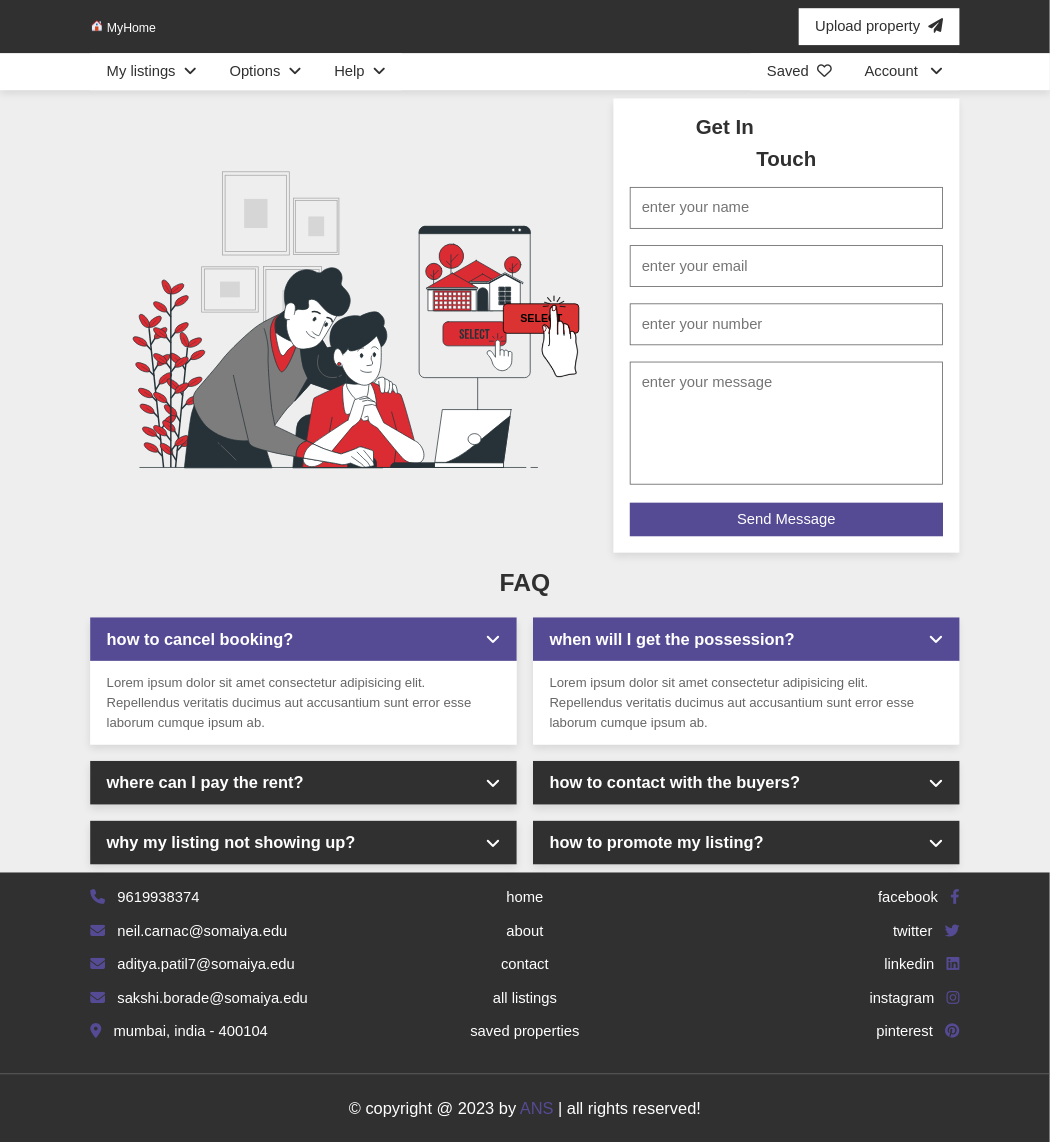
Repository: neilcarnac/wpl-project-realestatewebsite
Page: http://localhost/project/contact.php
The author's editor kept a copy of each file at every save. The page is drawn from the files as they stood at one save, then again after a run of saves.
The browser window is 1280 px wide. The pictures show the whole page, at 82% of full size.
The page is run by PHP 8.4 with error messages shown; the project is at /var/www/html/.

Above is the page before, as saved 2023-05-01 17:18:39.

### project/contact.php
<?php

include 'components/connect.php';

if(isset($_COOKIE['user_id'])){
   $user_id = $_COOKIE['user_id'];
}else{
   $user_id = '';
}

if(isset($_POST['send'])){

   $msg_id = create_unique_id();
   $name = $_POST['name'];
   $name = filter_var($name, FILTER_SANITIZE_STRING);
   $email = $_POST['email'];
   $email = filter_var($email, FILTER_SANITIZE_STRING);
   $number = $_POST['number'];
   $number = filter_var($number, FILTER_SANITIZE_STRING);
   $message = $_POST['message'];
   $message = filter_var($message, FILTER_SANITIZE_STRING);

   $verify_contact = $conn->prepare("SELECT * FROM `messages` WHERE name = ? AND email = ? AND number = ? AND message = ?");
   $verify_contact->execute([$name, $email, $number, $message]);

   if($verify_contact->rowCount() > 0){
      $warning_msg[] = 'message sent already!';
   }else{
      $send_message = $conn->prepare("INSERT INTO `messages`(id, name, email, number, message) VALUES(?,?,?,?,?)");
      $send_message->execute([$msg_id, $name, $email, $number, $message]);
      $success_msg[] = 'message send successfully!';
   }

}

?>

<!DOCTYPE html>
<html lang="en">
<head>
   <meta charset="UTF-8">
   <meta http-equiv="X-UA-Compatible" content="IE=edge">
   <meta name="viewport" content="width=device-width, initial-scale=1.0">
   <title>Contact Us</title>
   <link type="image/png" sizes="16x16" rel="icon" href="images/hoe.png">

   <!-- font awesome cdn link  -->
   <link rel="stylesheet" href="https://cdnjs.cloudflare.com/ajax/libs/font-awesome/6.2.0/css/all.min.css">

   <!-- custom css file link  -->
   <link rel="stylesheet" href="css/style.css">

</head>
<body>

<?php include 'components/user_header.php'; ?>

<div>
<!-- contact section starts  -->
<style>
		button {
			background-color: #da3332;
			color: black;
			padding: 10px 20px;
			border: none;
			border-radius: 5px;
			font-size: 1.3rem;
         /* margin-top: 500px; */
         margin-left: 660px;
         font-weight: bold;
         border: 1.5px solid black;
         position: absolute;
         margin-top: 260px;
         /* font-family: Montserrat; Change the font */
         transition: background-color 0.3s, color 0.3s;
         transform: translateX(-50%); /* Adjust for half of the button's width */


		}
      button:hover{
         cursor: pointer;
         background-color: #EEEEEE;
			color: black;
      }
      .selele{

         position: absolute; /* Add relative positioning to the container */
			height: 1000px;
      }
      .finger{
         transition: 600ms;
         position: absolute; /* Add relative positioning to the container */
         height:100px ;
         width:45px ;
         margin-top: 250px;
         margin-left: 660px;
         z-index: 2;
      }
      .finger:hover{
         cursor: pointer;
         transform: scale(0.9); /* Add a scale transform on hover */
      }
      .linke{
         text-decoration: none;
         color: black;
      }
      .touch{

      }
      .getin{
         margin-right: 150px;
      }
      .touch:hover{
         transform: scale(0.9); /* Add a scale transform on hover */

      }

	</style>

   <div class="selele">
      <img src="images/fingerwhite.png" class="finger" alt="">
      <button><a class="linke" href="home.php"><b>SELECT</b></a></button>
   </div>
<section class="contact">
   <div class="row">
      <div class="image">
         <img src="images/contact-img.svg" alt="">
      </div>
      <form action="" method="post">
         <h3 class="getin">get in <h3  class="touch">touch</h3></h3>
         <input type="text" name="name" required maxlength="50" placeholder="enter your name" class="box">
         <input type="email" name="email" required maxlength="50" placeholder="enter your email" class="box">
         <input type="number" name="number" required maxlength="10" max="9999999999" min="0" placeholder="enter your number" class="box">
         <textarea name="message" placeholder="enter your message" required maxlength="1000" cols="30" rows="10" class="box"></textarea>
         <input type="submit" value="send message" name="send" class="btn">
      </form>
   </div>

</section>

<!-- contact section ends -->

<!-- faq section starts  -->

<section class="faq" id="faq">

   <h1 class="heading">FAQ</h1>

   <div class="box-container">

      <div class="box active">
         <h3><span>how to cancel booking?</span><i class="fas fa-angle-down"></i></h3>
         <p>Lorem ipsum dolor sit amet consectetur adipisicing elit. Repellendus veritatis ducimus aut accusantium sunt error esse laborum cumque ipsum ab.</p>
      </div>

      <div class="box active">
         <h3><span>when will I get the possession?</span><i class="fas fa-angle-down"></i></h3>
         <p>Lorem ipsum dolor sit amet consectetur adipisicing elit. Repellendus veritatis ducimus aut accusantium sunt error esse laborum cumque ipsum ab.</p>
      </div>

      <div class="box">
         <h3><span>where can I pay the rent?</span><i class="fas fa-angle-down"></i></h3>
         <p>Lorem ipsum dolor sit amet consectetur adipisicing elit. Repellendus veritatis ducimus aut accusantium sunt error esse laborum cumque ipsum ab.</p>
      </div>

      <div class="box">
         <h3><span>how to contact with the buyers?</span><i class="fas fa-angle-down"></i></h3>
         <p>Lorem ipsum dolor sit amet consectetur adipisicing elit. Repellendus veritatis ducimus aut accusantium sunt error esse laborum cumque ipsum ab.</p>
      </div>

      <div class="box">
         <h3><span>why my listing not showing up?</span><i class="fas fa-angle-down"></i></h3>
         <p>Lorem ipsum dolor sit amet consectetur adipisicing elit. Repellendus veritatis ducimus aut accusantium sunt error esse laborum cumque ipsum ab.</p>
      </div>

      <div class="box">
         <h3><span>how to promote my listing?</span><i class="fas fa-angle-down"></i></h3>
         <p>Lorem ipsum dolor sit amet consectetur adipisicing elit. Repellendus veritatis ducimus aut accusantium sunt error esse laborum cumque ipsum ab.</p>
      </div>

   </div>

</section>

<!-- faq section ends -->










<script src="https://cdnjs.cloudflare.com/ajax/libs/sweetalert/2.1.2/sweetalert.min.js"></script>

<?php include 'components/footer.php'; ?>

<!-- custom js file link  -->
<script src="js/script.js"></script>

<?php include 'components/message.php'; ?>
</div>
</body>
</html>

### project/components/connect.php
<?php

   $db_name = 'mysql:host=localhost;dbname=home_db';
   $db_user_name = 'root';
   $db_user_pass = '';

   $conn = new PDO($db_name, $db_user_name, $db_user_pass);

   function create_unique_id(){
      $characters = '0123456789abcdefghijklmnopqrstuvwxyzABCDEFGHIJKLMNOPQRSTUVWXYZ';
      $charactersLength = strlen($characters);
      $randomString = '';
      for ($i = 0; $i < 20; $i++) {
          $randomString .= $characters[mt_rand(0, $charactersLength - 1)];
      }
      return $randomString;
  }

?>

### project/components/user_header.php
<!-- header section starts  -->

<header class="header">

   <nav class="navbar nav-1">
      <section class="flex">
         <a href="home.php" class="logo"><img src="images/hoe.png" alt=""> MyHome</a>

         <ul>
            <li class="upload"><a href="post_property.php">Upload property<i class="fas fa-paper-plane"></i></a></li>
         </ul>
      </section>
   </nav>

   <style>
      .menu{
         font-size: 1rem !important;
      }
   </style>

   <nav class="navbar nav-2">
      <section class="flex">
         <div id="menu-btn" class="fas fa-bars"></div>

         <div class="menu">
            <ul>
               <li><a href="#">My listings<i class="fas fa-angle-down"></i></a>
                  <ul>
                     <li><a href="dashboard.php">Dashboard</a></li>
                     <li><a href="post_property.php">Upload Property</a></li>
                     <li><a href="my_listings.php">My Listings</a></li>
                  </ul>
               </li>
               <li><a href="#">Options<i class="fas fa-angle-down"></i></a>
                  <ul>
                     <li><a href="search.php">Filter search</a></li>
                     <li><a href="listings.php">All listings</a></li>
                  </ul>
               </li>
               <li><a href="#">Help<i class="fas fa-angle-down"></i></a>
                  <ul>
                     <li><a href="about.php">About Us</a></i></li>
                     <li><a href="contact.php">Contact Us</a></i></li>
                     <li><a href="contact.php#faq">FAQ</a></i></li>
                  </ul>
               </li>
            </ul>
         </div>

         <ul>
            <li><a href="saved.php">Saved<i class="far fa-heart"></i></a></li>
            <li><a href="#">Account <i class="fas fa-angle-down"></i></a>
               <ul>
                  <li><a href="login.php">login Now</a></li>
                  <li><a href="register.php">Register New</a></li>
                  <?php if($user_id != ''){ ?>
                  <li><a href="update.php">Update Profile</a></li>
                  <li><a href="components/user_logout.php" onclick="return confirm('logout from this website?');">Logout</a>
                  <?php } ?></li>
               </ul>
            </li>
         </ul>
      </section>
   </nav>

</header>

<!-- header section ends -->

### project/components/footer.php
<!-- footer section starts  -->

<footer class="footer">

   <section class="flex">

      <div class="box">
         <a href="tel:9619938374"><i class="fas fa-phone"></i><span>9619938374</span></a>
         <a href="mailto:neil.carnac@somaiya.edu"><i class="fas fa-envelope"></i><span>neil.carnac@somaiya.edu</span></a>
         <a href="mailto:aditya.patil7@somaiya.edu"><i class="fas fa-envelope"></i><span>aditya.patil7@somaiya.edu</span></a>
         <a href="mailto:sakshi.borade@somaiya.edu"><i class="fas fa-envelope"></i><span>sakshi.borade@somaiya.edu</span></a>
         <a href="#"><i class="fas fa-map-marker-alt"></i><span>mumbai, india - 400104</span></a>
      </div>

      <div class="box">
         <a href="home.php"><span>home</span></a>
         <a href="about.php"><span>about</span></a>
         <a href="contact.php"><span>contact</span></a>
         <a href="listings.php"><span>all listings</span></a>
         <a href="saved.php"><span>saved properties</span></a>
      </div>

      <div class="box">
         <a href="#"><span>facebook</span><i class="fab fa-facebook-f"></i></a>
         <a href="#"><span>twitter</span><i class="fab fa-twitter"></i></a>
         <a href="#"><span>linkedin</span><i class="fab fa-linkedin"></i></a>
         <a href="#"><span>instagram</span><i class="fab fa-instagram"></i></a>
         <a href="#"><span>pinterest</span><i class="fab fa-pinterest"></i></a>

      </div>

   </section>

   <div class="credit">&copy; copyright @ <?= date('Y'); ?> by <span>ANS</span> | all rights reserved!</div>

</footer>

<!-- footer section ends -->

Loaded but not shown: project/components/message.php (common file); project/images/contact-img.svg (1 lines, source omitted); project/js/script.js (21 lines, source omitted); project/css/style.css (1372 lines, source omitted)

After the next 10 saves:
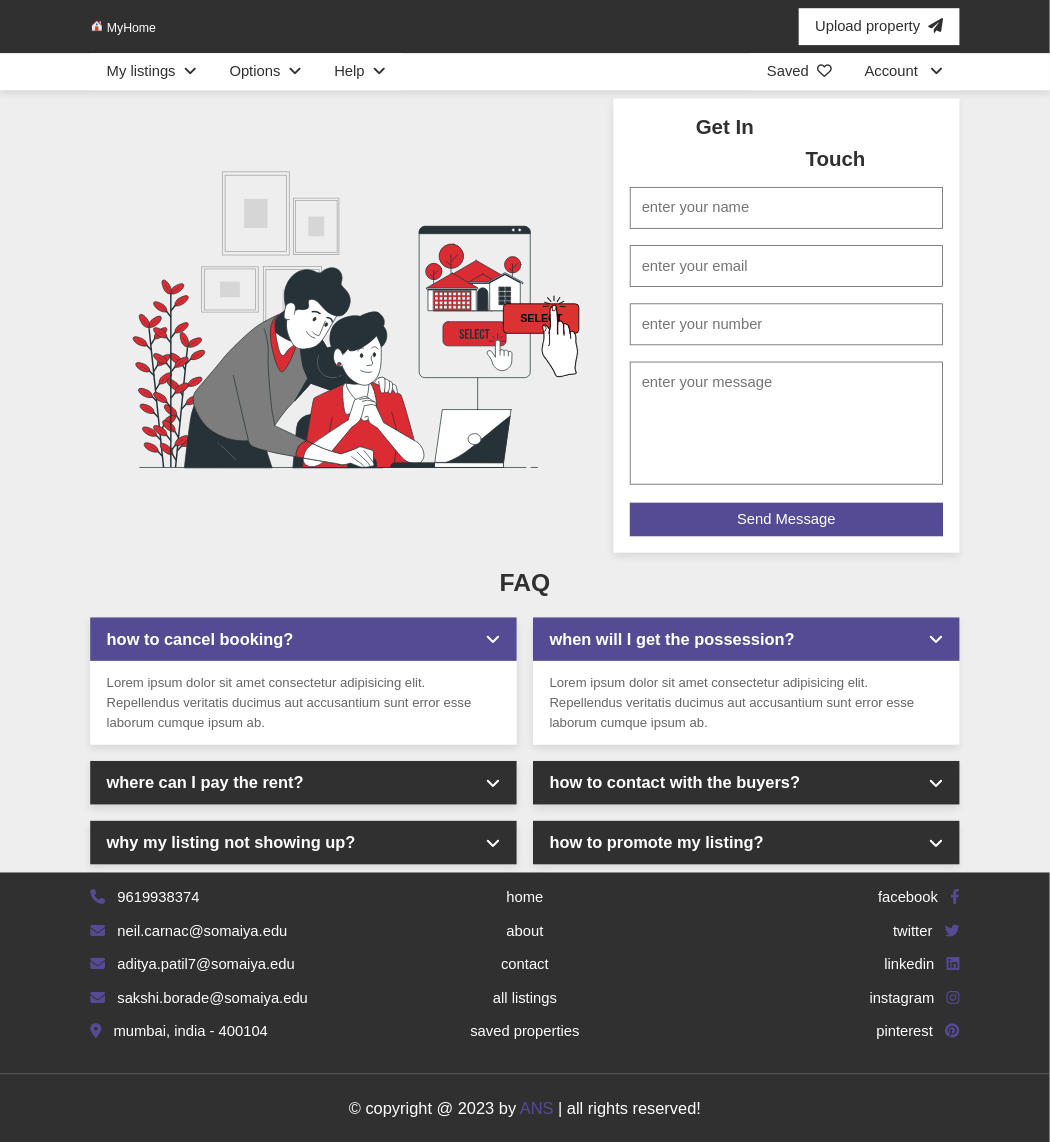
The 10 saves are shown as one change because they came seconds apart.
The last was saved 20 s later.
--- a/project/contact.php
+++ b/project/contact.php
@@ -105,7 +105,7 @@ if(isset($_POST['send'])){
          color: black;
       }
       .touch{
-
+         margin-left: 120px ;
       }
       .getin{
          margin-right: 150px;
